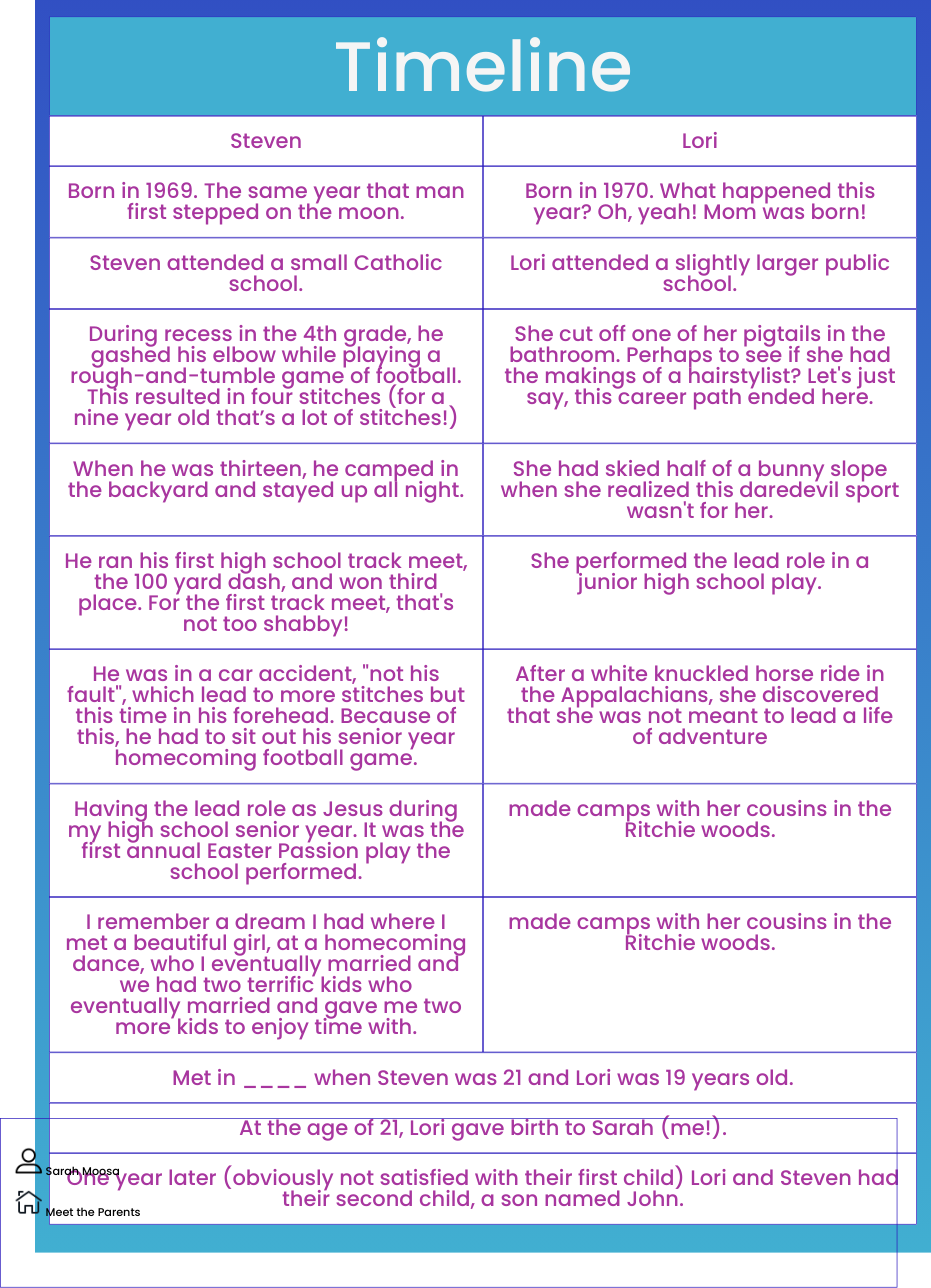
Repository: Sbethm/parents-tribute
Page: timeline.html
These files come from the project's save history. The page is drawn as it stood at one moment and after a run of saves; the edit follows.
The browser window is 1280 px wide. The page is 1330 px wide, so the pictures cover 1330 px, including what lies to the right of the window. The pictures show the part of the page from y = 1298 to 3138 px (the page is 3138 px tall before and 3088 px after), at 70% of full size.

Above is the page before, as saved 2021-02-15 09:41:16.

After the next 4 saves:
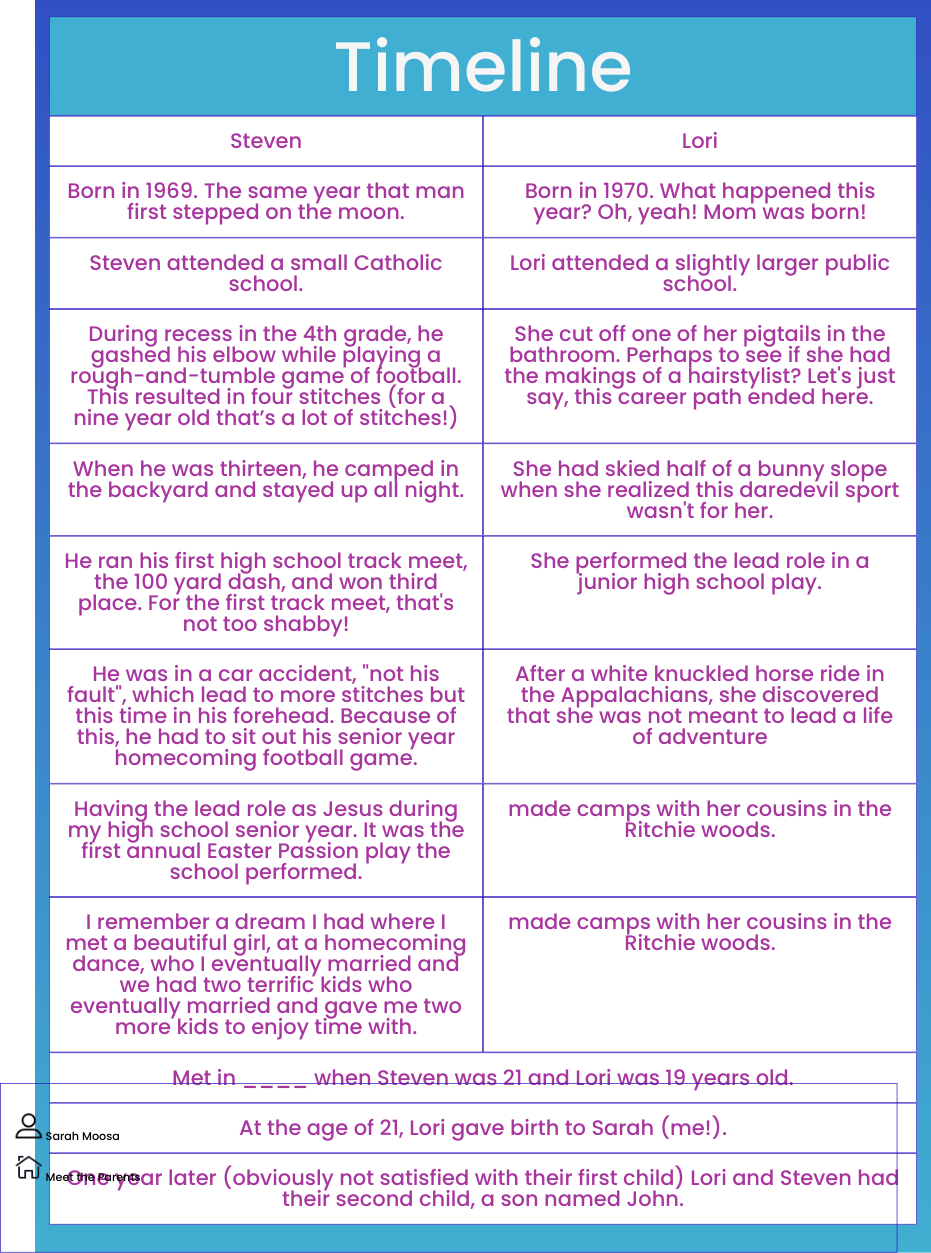
The 4 saves are shown as one change because they came seconds apart.
The last was saved 12 s later.
--- a/style.css
+++ b/style.css
@@ -579,7 +579,7 @@ footer {
 @media screen and (min-width: 900px) and (max-width: 2000px) {
 
     main {
-        margin: 50px ;
+        margin: 50px 50px 0 50px;
         background-image: linear-gradient(180deg, rgb(40, 23, 187), rgb(65, 175, 209));
     }
 
